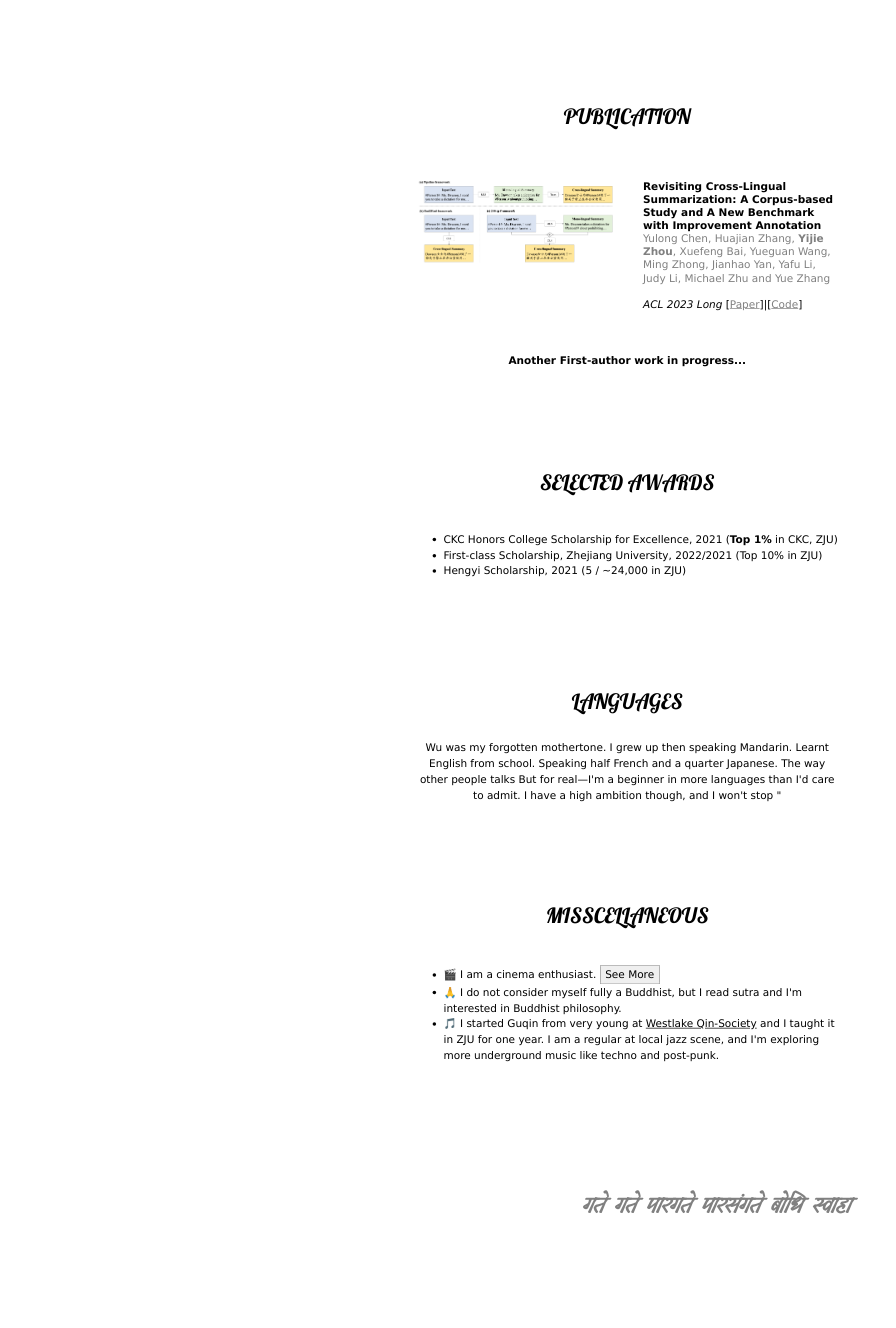
Repository: Ej-zhou/ej-zhou.github.io
Page: index.html
The author's editor kept a copy of each file at every save. The page is drawn from the files as they stood at one save, then again after the next save.
The browser window is 1280 px wide. The pictures show the part of the page from y = 2736 to 4656 px (the page is 4633 px tall before and 4656 px after), at 70% of full size.
Some web fonts or font styles are not loaded; a fallback is used.

Above is the page before, as saved 2023-08-26 16:31:27.

After the next save:
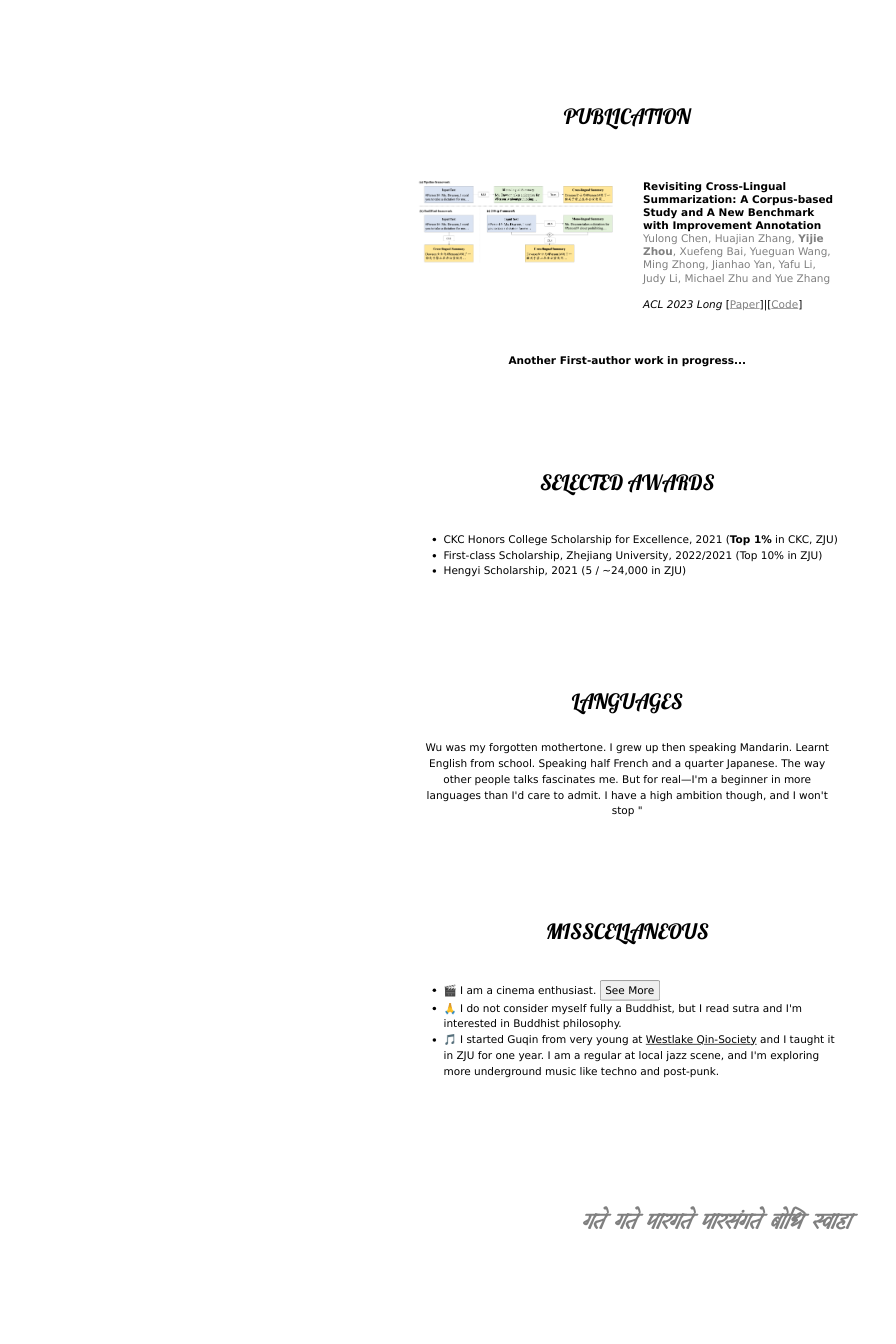
Saved 4 s later.
--- a/index.html
+++ b/index.html
@@ -484,7 +484,7 @@
       <br/>
 
       Wu was my forgotten mothertone. I grew up then speaking Mandarin. Learnt English from school.
-      Speaking half French and a quarter Japanese. The way other people talks
+      Speaking half French and a quarter Japanese. The way other people talks fascinates me.
       But for real—I'm a beginner in more languages than I'd care to admit. I have a high ambition though, and I won't stop "
       <!-- <ul style="text-align: left;">
         <li>CKC Honors College Scholarship for Excellence, 2021 (<b>Top 1%</b> in CKC, ZJU)</li>
